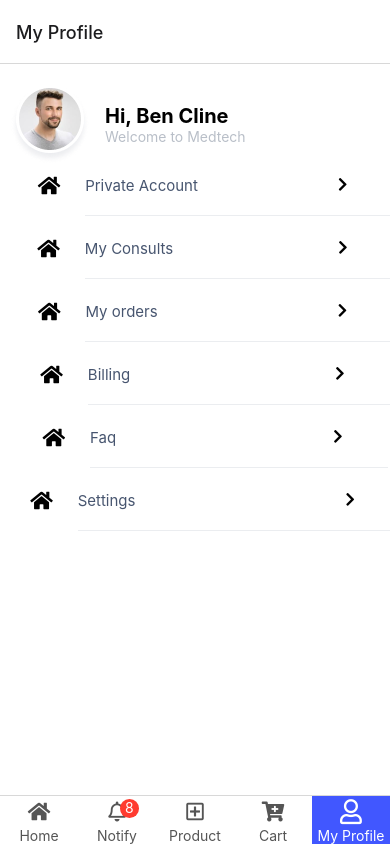
Repository: ntu34543/designReactNative
Screen: /My Profile
An editor plug-in stored every save of this project. The screen is shown before and after a run of saves, followed by the edit.
The app was drawn by React Native's web renderer in a window 390 px wide. The project was rebuilt for these pictures with package versions that can differ from the ones it lists, and the page was loaded fresh each time. Also part of the build but not shown: page/DiabetesCare.js, page/Notify.js, page/Cart.js.

Above is the screen before, as saved 2022-11-02 11:09:16.

After the next 2 saves:
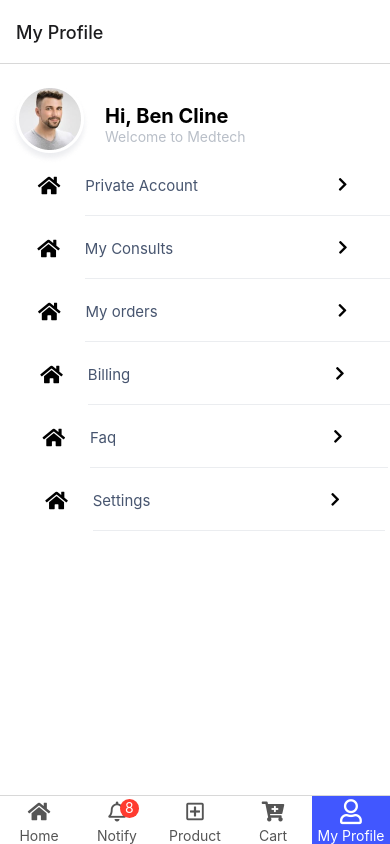
The 2 saves are shown as one change because they came seconds apart.
The last was saved 5 s later.
--- a/page/Profile.js
+++ b/page/Profile.js
@@ -143,7 +143,7 @@ const styles = StyleSheet.create({
     paddingLeft: 217,
   },
   iconChevron5 : {
-    paddingLeft: 210,
+    paddingLeft: 180,
   },
   iconHome: {
     marginLeft: 30,
